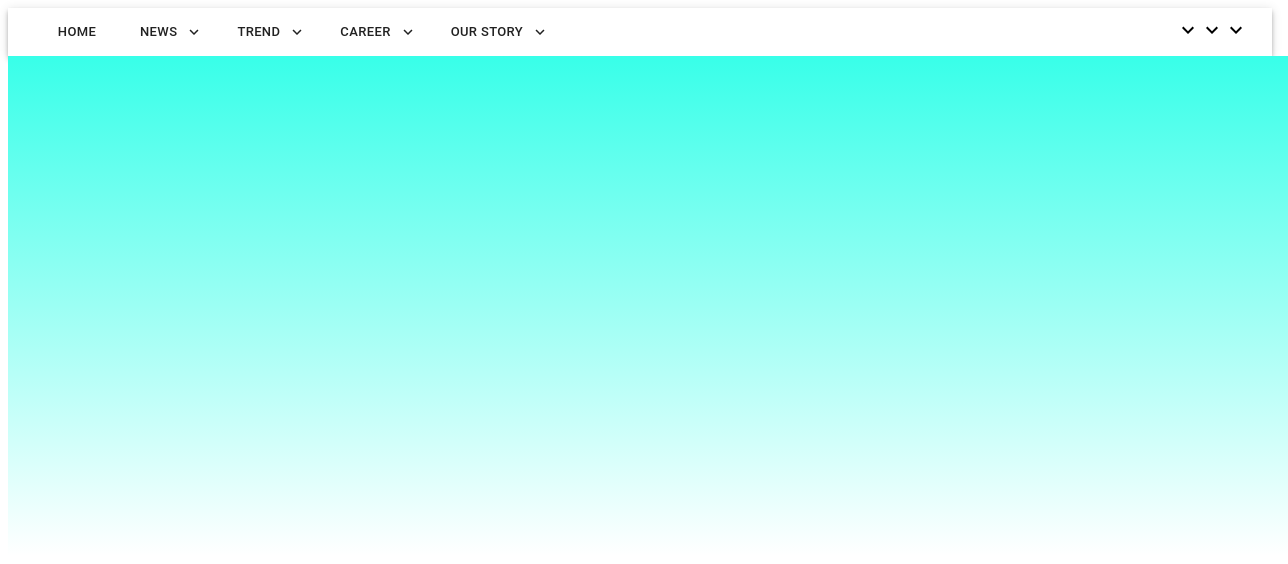
Repository: menamerai/fixi-vn-alpha
Page: /
These files come from the project's save history. The page is drawn as it stood at one moment and after the next save; the edit follows.
The browser window is 1280 px wide. The page is 1288 px wide, so the pictures cover 1288 px, including what lies to the right of the window. The pictures show the whole page.
The project was rebuilt for these pictures with package versions that can differ from the ones it lists, and the page was loaded fresh each time. Also part of the build but not shown: src/App.css.

Above is the page before, as saved 2020-09-23 21:49:41.

### src/App.js
import React from 'react';
import NavBar from './components/NavBar';
import HomePage from './components/HomePage';
import './css/App.css';
import { BrowserRouter, Route } from 'react-router-dom';

function App() {
  return (
    <BrowserRouter>
      <div className="app">
        <NavBar />
        <Route exact path="/">
          <HomePage />
        </Route>
      </div>
    </BrowserRouter>
  );
}

export default App;

### src/components/NavBar.jsx
import React from "react";
import {
  AppBar,
  Toolbar,
  Button,
  Menu,
  MenuItem,
  Box,
} from "@material-ui/core";
import ExpandMoreIcon from "@material-ui/icons/ExpandMore";
import { useHistory } from "react-router-dom";
import '../css/NavBar.css';

const NavBar = () => {
  const history = useHistory();
  // Add menu anchors (?)
  const [anchor, setAnchor] = React.useState({
    news: null,
    trend: null,
    career: null,
    story: null,
  });

  const handleClose = (event) => {
    setAnchor({
      news: null,
      trend: null,
      career: null,
      story: null,
    });
    // console.log(event.currentTarget.id.match(/-[\s\S]+/gi));
    const btnClicked = event.currentTarget.id.match(/(?<=-)([\s\S]+)/g);
    if (btnClicked) {
      history.push("/" + btnClicked[0]);
    }
  };

  const handleClick = (event) => {
    switch (event.currentTarget.id) {
      case "news-btn":
        setAnchor({ news: event.currentTarget });
        break;
      case "trend-btn":
        setAnchor({ trend: event.currentTarget });
        break;
      case "career-btn":
        setAnchor({ career: event.currentTarget });
        break;
      case "story-btn":
        setAnchor({ story: event.currentTarget });
        break;
      default:
        console.log("none detected.");
        break;
    }
  };

  const styles = {
    button: {
      marginLeft: "1em",
      marginRight: "1em",
    },
  };

  return (
    <AppBar position="static" color="transparent">
      <Toolbar variant="dense" id="navbar" component="nav">
        <Box className="buttons">
          <Button
            size="small"
            style={styles.button}
            onClick={() => history.push("/")}
          >
            Home
          </Button>
          <Button
            endIcon={<ExpandMoreIcon />}
            size="small"
            style={styles.button}
            onClick={handleClick}
            aria-controls="news-menu"
            aria-haspopup="true"
            id="news-btn"
          >
            News
          </Button>
          <Menu
            id="news-menu"
            anchorEl={anchor.news}
            open={Boolean(anchor.news)}
            onClose={handleClose}
            getContentAnchorEl={null}
            anchorOrigin={{ vertical: "bottom", horizontal: "center" }}
            transformOrigin={{ vertical: "top", horizontal: "center" }}
          >
            <MenuItem id="news-news1" onClick={handleClose}>
              News1
            </MenuItem>
            <MenuItem id="news-news2" onClick={handleClose}>
              News2
            </MenuItem>
          </Menu>
          <Button
            endIcon={<ExpandMoreIcon />}
            size="small"
            style={styles.button}
            onClick={handleClick}
            aria-controls="trend-menu"
            aria-haspopup="true"
            id="trend-btn"
          >
            Trend
          </Button>
          <Menu
            id="trend-menu"
            anchorEl={anchor.trend}
            open={Boolean(anchor.trend)}
            onClose={handleClose}
            getContentAnchorEl={null}
            anchorOrigin={{ vertical: "bottom", horizontal: "center" }}
            transformOrigin={{ vertical: "top", horizontal: "center" }}
          >
            <MenuItem id="trend-trend1" onClick={handleClose}>
              Trend1
            </MenuItem>
            <MenuItem id="trend-trend2" onClick={handleClose}>
              Trend2
            </MenuItem>
          </Menu>
          <Button
            endIcon={<ExpandMoreIcon />}
            size="small"
            style={styles.button}
            onClick={handleClick}
            aria-controls="career-menu"
            aria-haspopup="true"
            id="career-btn"
          >
            Career
          </Button>
          <Menu
            id="career-menu"
            anchorEl={anchor.career}
            open={Boolean(anchor.career)}
            onClose={handleClose}
            getContentAnchorEl={null}
            anchorOrigin={{ vertical: "bottom", horizontal: "center" }}
            transformOrigin={{ vertical: "top", horizontal: "center" }}
          >
            <MenuItem id="career-career1" onClick={handleClose}>
              Career1
            </MenuItem>
            <MenuItem id="career-career2" onClick={handleClose}>
              Career2
            </MenuItem>
          </Menu>
          <Button
            endIcon={<ExpandMoreIcon />}
            size="small"
            style={styles.button}
            aria-controls="story-menu"
            aria-haspopup="true"
            onClick={handleClick}
            id="story-btn"
          >
            Our Story
          </Button>
          <Menu
            id="story-menu"
            anchorEl={anchor.story}
            open={Boolean(anchor.story)}
            onClose={handleClose}
            getContentAnchorEl={null}
            anchorOrigin={{ vertical: "bottom", horizontal: "center" }}
            transformOrigin={{ vertical: "top", horizontal: "center" }}
          >
            <MenuItem id="story-story1" onClick={handleClose}>
              Story1
            </MenuItem>
            <MenuItem id="story-story2" onClick={handleClose}>
              Story2
            </MenuItem>
          </Menu>
        </Box>
        <Box classname="icons">
          <ExpandMoreIcon />
          <ExpandMoreIcon />
          <ExpandMoreIcon />
        </Box>
      </Toolbar>
    </AppBar>
  );
};

export default NavBar;

### src/components/HomePage.jsx
import React from "react";
import { Typography, Box } from "@material-ui/core";
import '../css/HomePage.css';

const palette = {
  cyan: "#8AFFF2",
  white: "#FFFFFF",
};

const HomePage = () => {
  return (
    <Box id="home">

    </Box>
  );
};

export default HomePage;

### src/css/NavBar.css
#navbar {
    display: flex;
    flex-direction: row;
    justify-content: space-between;
    align-items: center;
}

### src/css/HomePage.css
#home {
    width: 100vw;
    height: 500px;
    background: rgb(255,255,255);
    background: linear-gradient(0deg, rgba(255,255,255,1) 0%, rgba(56,255,233,1) 100%);
}

Loaded but not shown: public/index.html (common file); src/index.js (common file); src/serviceWorker.js (common file)

After the next save:
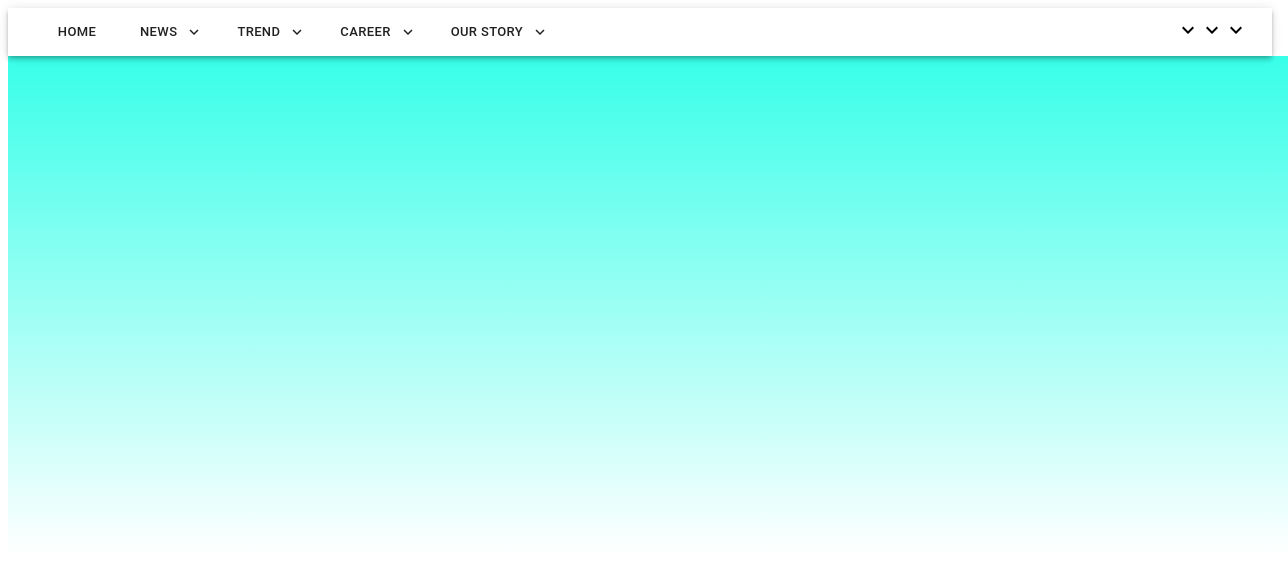
Saved 29 s later.
--- a/src/components/NavBar.jsx
+++ b/src/components/NavBar.jsx
@@ -63,7 +63,7 @@
   };
 
   return (
-    <AppBar position="static" color="transparent">
+    <AppBar position="sticky" color="transparent">
       <Toolbar variant="dense" id="navbar" component="nav">
         <Box className="buttons">
           <Button
